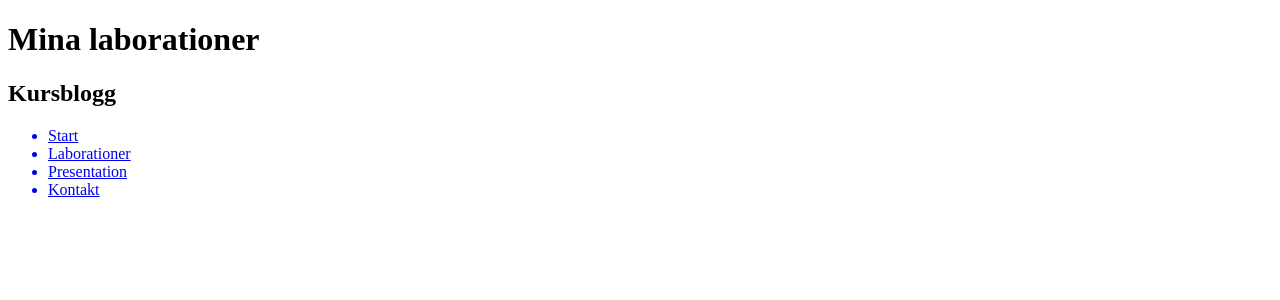
Repository: jt222ia/1ik415-jt222ia-laborationer
Page: pages/laborationer.html
The author's editor kept a record of every edit. The page is drawn from the files as they stood at one moment, then again after the next edit.
The browser window is 1280 px wide. The pictures show the whole page.

Above is the page before.

### pages/laborationer.html
<!DOCTYPE html>
<html>
    <head>
        <meta charset="utf-8" />
        <title>Min kursblogg - Laborationer</title>

    </head>
    <body>
        <h1>Mina laborationer</h1>

            <h2>Kursblogg</h2>

            <ul>
                <a href="index.html"><li>Start</li></a>
                <a href="laborationer.html"><li>Laborationer</li></a>
                <a href="presentation.html"><li>Presentation</li></a>
                <a href="kontakt.html"><li>Kontakt</li></a>
            </ul>
    </body>
</html>

After the next edit:
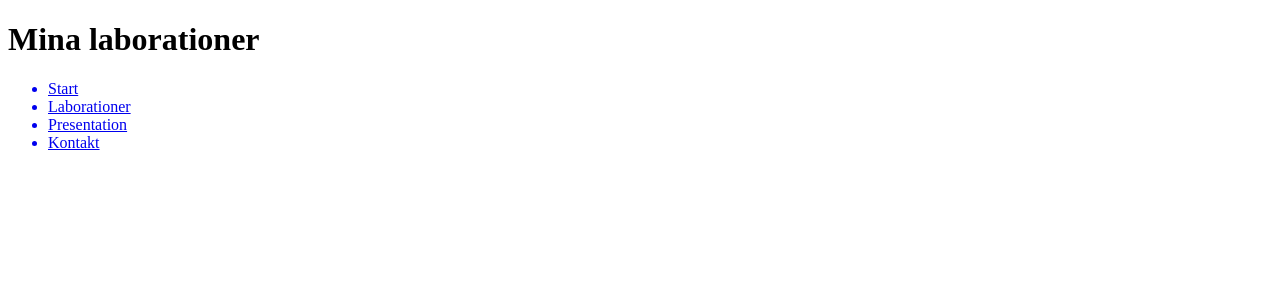
The edit:
--- a/pages/laborationer.html
+++ b/pages/laborationer.html
@@ -8,10 +8,8 @@
     <body>
         <h1>Mina laborationer</h1>
 
-            <h2>Kursblogg</h2>
-
             <ul>
-                <a href="index.html"><li>Start</li></a>
+                <a href="../index.html"><li>Start</li></a>
                 <a href="laborationer.html"><li>Laborationer</li></a>
                 <a href="presentation.html"><li>Presentation</li></a>
                 <a href="kontakt.html"><li>Kontakt</li></a>
